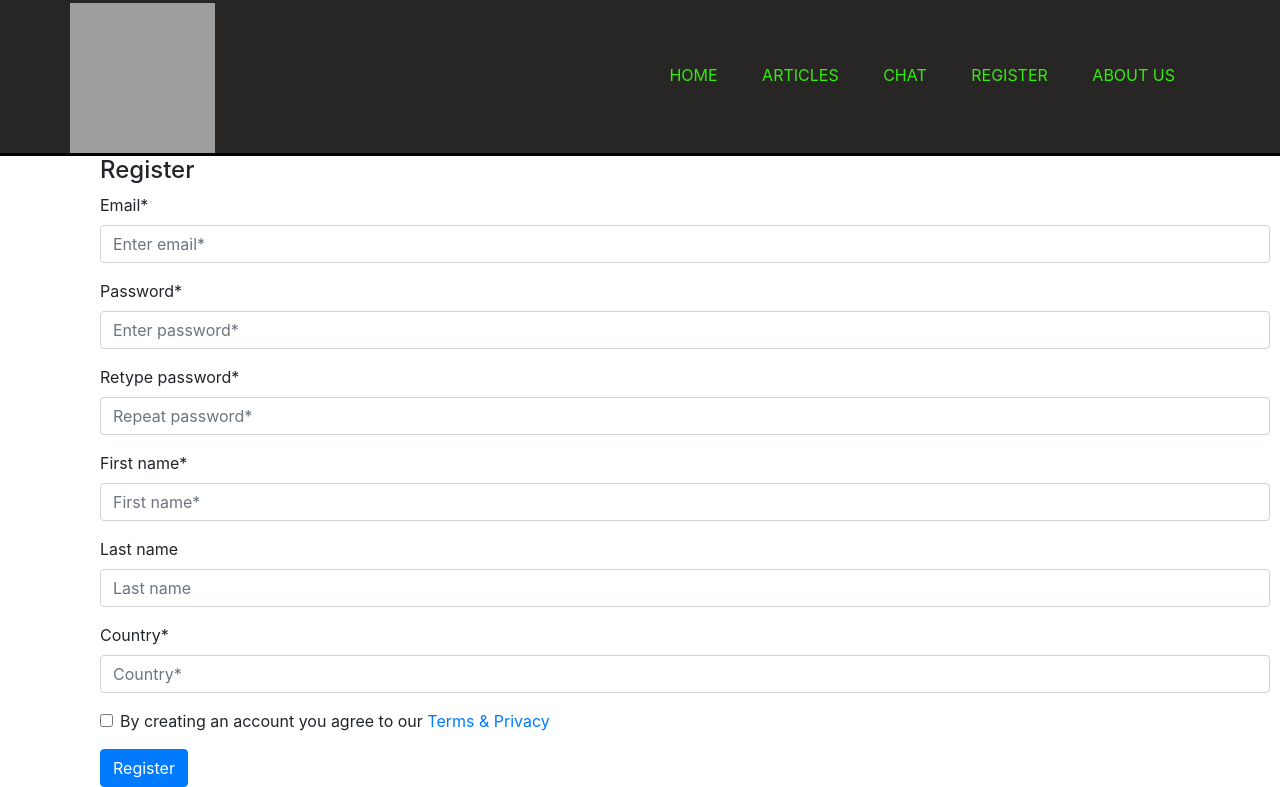
Repository: elvitasaukitena/Web
Page: register/register.html
An editor plug-in stored every save of this project. The page is shown before and after the next save, followed by the edit.
The browser window is 1280 px wide. The pictures show the whole page.
Pictures or frames that could not be fetched are drawn as grey boxes.

Above is the page before, as saved 2018-08-08 14:56:26.

After the next save:
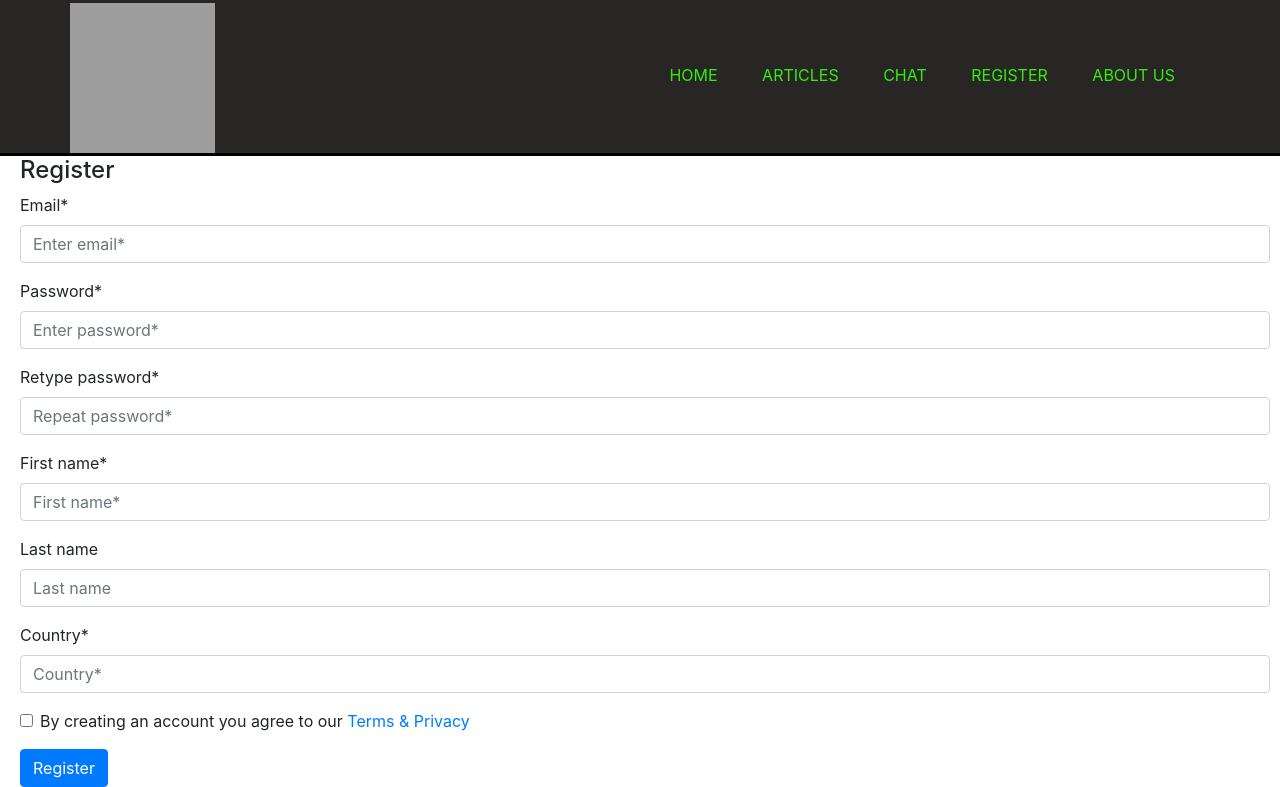
Saved 10 s later.
--- a/register/register.css
+++ b/register/register.css
@@ -59,5 +59,5 @@
     padding: 0 20px 0 20px;
 }
 .register {
-    padding: 0 10px 0 100px;
+    padding: 0 10px 0 20px;
 }
